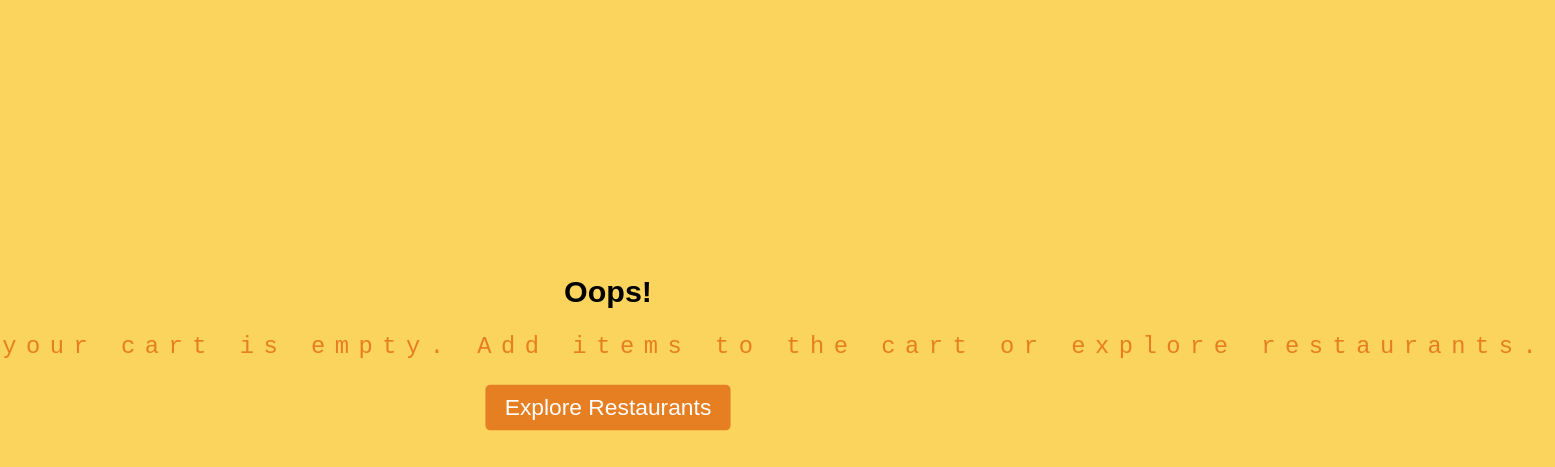
Repository: SWATHIBHUMA/FoodDelivaryApp
Page: http://localhost/FoodDelivaryApp/errorPage.jsp
An editor plug-in stored every save of this project. The page is shown before and after the next save, followed by the edit.
The browser window is 1280 px wide. The page is 1637 px wide, then 1280 px, so the pictures cover 1637 px, including what lies to the right of the window. The pictures show the whole page, at 95% of full size.
The page is served by Tomcat 9.

Above is the page before, as saved 2024-01-14 12:11:47.

After the next save:
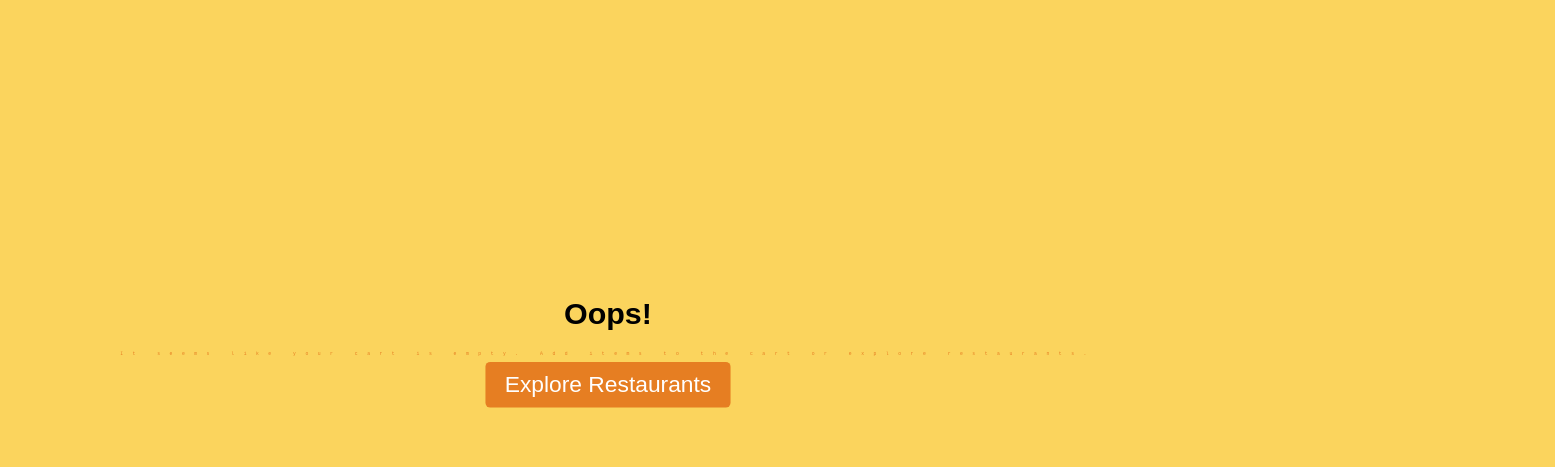
Saved 13 s later.
--- a/FoodDelivaryApp/src/main/webapp/errorPage.jsp
+++ b/FoodDelivaryApp/src/main/webapp/errorPage.jsp
@@ -24,7 +24,7 @@
 		}
 
 		.text{
-			font-size: 25px;
+			font-size: 5px;
 			letter-spacing: 10px;
 			font-family: monospace;
 			border-right: 5px solid;
